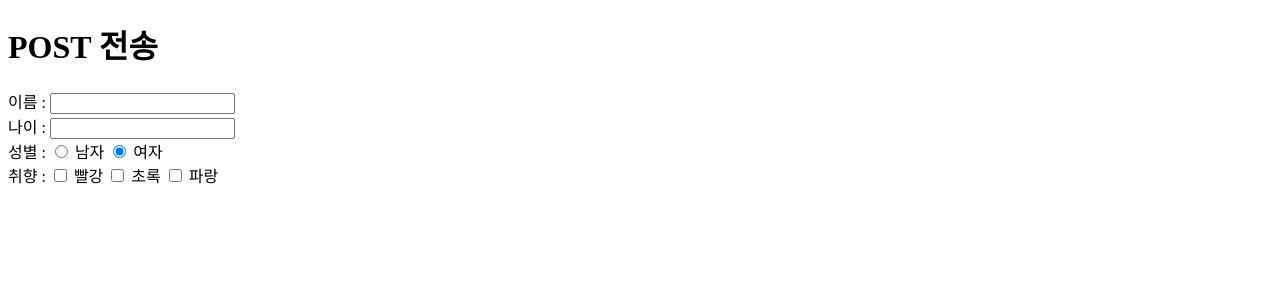
Repository: hari6180/JSP
Page: http://localhost/HelloWeb/05_post/from.jsp
These files come from the project's save history. The page is drawn as it stood at one moment and after the next save; the edit follows.
The browser window is 1280 px wide. The pictures show the whole page.
The page is served by Tomcat 9. Other server files are loaded and not shown.

Above is the page before, as saved 2021-01-19 01:42:57.

### HelloWeb/WebContent/05_post/from.jsp
<%@ page language="java" contentType="text/html; charset=UTF-8" pageEncoding="UTF-8"%>
<%@ page trimDirectiveWhitespaces="true" %>
<!doctype html>
<html>

<head>
    <meta charset="UTF-8" />
    <title>Hello JSP</title>
</head>

<body>
	<h1>POST 전송</h1>
	<form name="myform" method="post" action="to.jsp">
		<div>이름 : <input type="text" name="user_name" /></div>
		<div>나이 : <input type="number" name="age" /></div>
		<div>성별 :
			<label><input type='radio' name='gender' value='M'> 남자</label>
			<label><input type='radio' name='gender' value='F' checked> 여자</label>
		</div>
		<div>취향 :
			<label><input type='checkbox' name='favor[]' value='red'> 빨강</label>
			<label><input type='checkbox' name='favor[]' value='green'> 초록</label>
			<label><input type='checkbox' name='favor[]' value='blue'> 파랑</label>
		</div>
	</form>
</body>

</html>

After the next save:
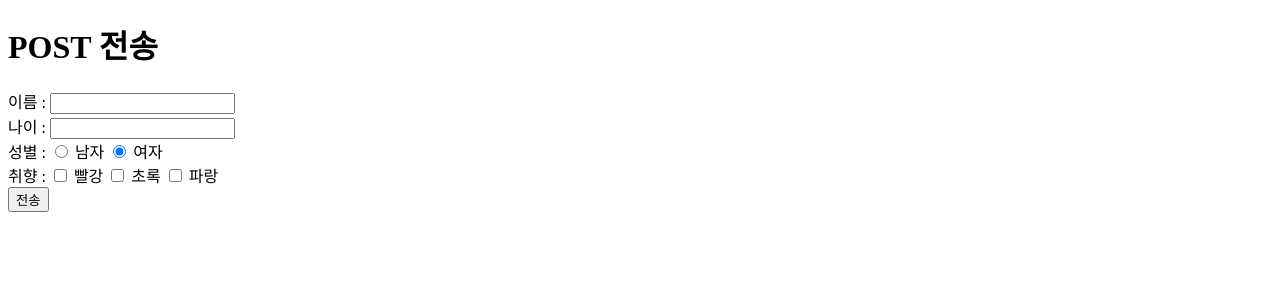
Saved 12 s later.
--- a/HelloWeb/WebContent/05_post/from.jsp
+++ b/HelloWeb/WebContent/05_post/from.jsp
@@ -22,6 +22,7 @@
 			<label><input type='checkbox' name='favor[]' value='green'> 초록</label>
 			<label><input type='checkbox' name='favor[]' value='blue'> 파랑</label>
 		</div>
+		<button type="submit">전송</button>
 	</form>
 </body>
 
